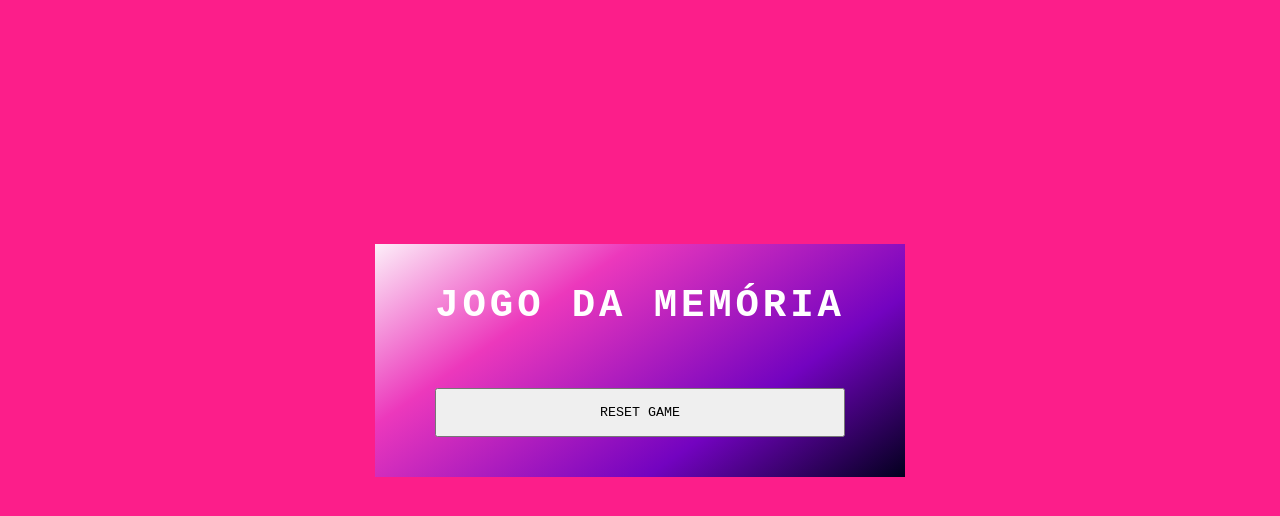
Repository: Zoemateus324/memory-game
Page: index.html
These files come from the project's save history. The page is drawn as it stood at one moment and after the next save; the edit follows.
The browser window is 1280 px wide. The pictures show the whole page.

Above is the page before, as saved 2024-11-27 08:19:23.

### index.html
<!DOCTYPE html>
<html lang="pt-br">

<head>
    <meta charset="UTF-8">
    <meta name="viewport" content="width=device-width, initial-scale=1.0">
    <title>Memory Game</title>
    <link rel="stylesheet" href="./src/styles/reset.css">
    <link rel="stylesheet" href="./src/styles/main.css">
</head>

<body>
    <div class="container">
        <h2>Jogo da Memória</h2>
        <div class="game">

        </div>
        <button class="reset" onclick="window.location.reload()">RESET GAME</button>
    </div>



    <script src="./src/scripts/engine.js" defer></script>
</body>

</html>

### src/styles/reset.css
*{
    margin:0;
    padding:0;
    outline:none;
    box-sizing:border-box;
    font-family:monospace;
}

### src/styles/main.css
body{
    display:flex;
    justify-content:center;
    align-items:center;
    min-height:100vh;
    background:#fc1e8a;
}


.container{
    position:relative;
    display:flex;
    flex-direction:column;
    justify-content:center;
    align-items:center;
    gap:30px;
    background:linear-gradient(
        325deg,
        #03001e 0%,
        #7303c0 30%,
        #ec38bc 70%,
        #fdeff9 100%
    );
    padding:40px 60px;
}


h2{
    font-size:3em;
    color: #fff;
    text-transform:uppercase;
    letter-spacing:0.1em;
}


.reset{
    padding:15px 20px;
    width:100%;
}

Loaded but not shown: src/scripts/engine.js (no stored copy; drawn as an empty file)

After the next save:
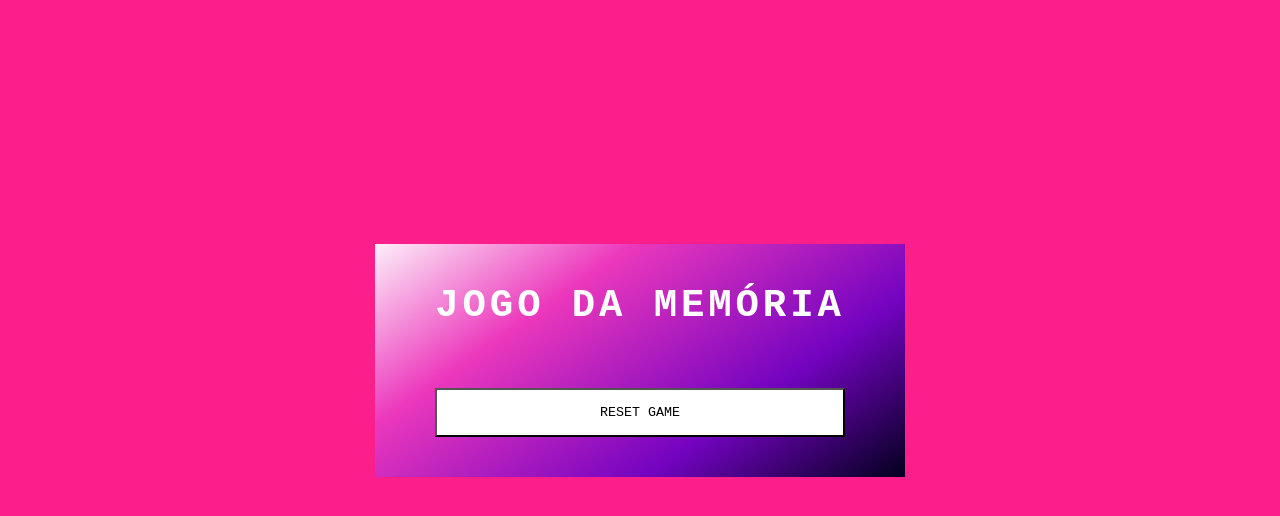
Saved 40 s later.
--- a/src/styles/main.css
+++ b/src/styles/main.css
@@ -36,4 +36,6 @@ h2{
 .reset{
     padding:15px 20px;
     width:100%;
+    color:#000;
+    background-color:#fff;
 }
